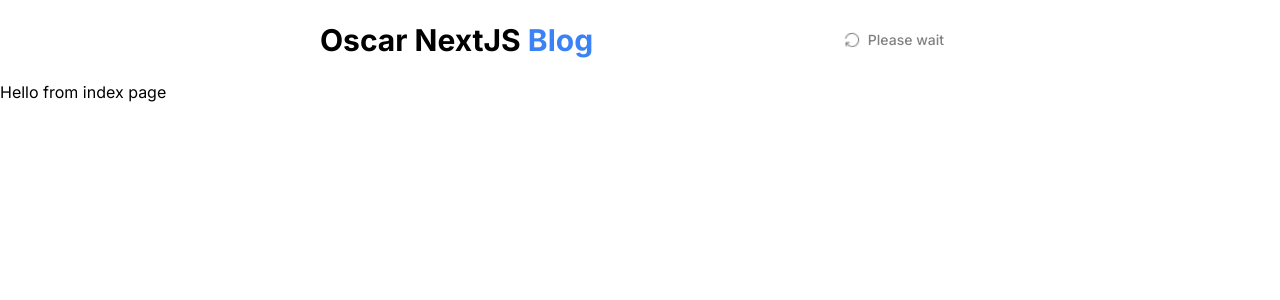
Repository: OscarXS/nextjs14-blog-1
Page: /
These files come from the project's save history. The page is drawn as it stood at one moment and after the next save; the edit follows.
The browser window is 1280 px wide. The pictures show the whole page.
The project was rebuilt for these pictures with package versions that can differ from the ones it lists, and the page was loaded fresh each time. The framework's server and built-in components were replaced by stand-ins that run in the browser. Also part of the build but not shown: next.config.js, next.config.mjs.

Above is the page before, as saved 2024-02-08 15:35:39.

### app/page.tsx
import Image from "next/image";
import Navbar from "./components/Navbar";

export default function Home() {
  return (
    <div>
      <Navbar />
      <h1>Hello from index page</h1>
    </div>
  );
}

### app/components/Navbar.tsx
import Link from 'next/link'
import { Button } from "@/components/ui/button"
import { ReloadIcon } from "@radix-ui/react-icons"


const Navbar = () => {
  return (
    <nav className='w-full mx-auto max-w-2xl px-4 py-5 relative flex items-center justify-between'>
        <Link href='/' className='font-bold text-3xl'>
            Oscar NextJS <span className='text-blue-500'>Blog</span>
        </Link>
        <Button disabled>
      <ReloadIcon className="mr-2 h-4 w-4 animate-spin" />
      Please wait
    </Button>
    </nav>
  )
}

export default Navbar

### components/ui/button.tsx
import * as React from "react"
import { Slot } from "@radix-ui/react-slot"
import { cva, type VariantProps } from "class-variance-authority"

import { cn } from "@/lib/utils"

const buttonVariants = cva(
  "inline-flex items-center justify-center whitespace-nowrap rounded-md text-sm font-medium ring-offset-background transition-colors focus-visible:outline-none focus-visible:ring-2 focus-visible:ring-ring focus-visible:ring-offset-2 disabled:pointer-events-none disabled:opacity-50",
  {
    variants: {
      variant: {
        default: "bg-primary text-primary-foreground hover:bg-primary/90",
        destructive:
          "bg-destructive text-destructive-foreground hover:bg-destructive/90",
        outline:
          "border border-input bg-background hover:bg-accent hover:text-accent-foreground",
        secondary:
          "bg-secondary text-secondary-foreground hover:bg-secondary/80",
        ghost: "hover:bg-accent hover:text-accent-foreground",
        link: "text-primary underline-offset-4 hover:underline",
      },
      size: {
        default: "h-10 px-4 py-2",
        sm: "h-9 rounded-md px-3",
        lg: "h-11 rounded-md px-8",
        icon: "h-10 w-10",
      },
    },
    defaultVariants: {
      variant: "default",
      size: "default",
    },
  }
)

export interface ButtonProps
  extends React.ButtonHTMLAttributes<HTMLButtonElement>,
    VariantProps<typeof buttonVariants> {
  asChild?: boolean
}

const Button = React.forwardRef<HTMLButtonElement, ButtonProps>(
  ({ className, variant, size, asChild = false, ...props }, ref) => {
    const Comp = asChild ? Slot : "button"
    return (
      <Comp
        className={cn(buttonVariants({ variant, size, className }))}
        ref={ref}
        {...props}
      />
    )
  }
)
Button.displayName = "Button"

export { Button, buttonVariants }

Loaded but not shown: app/layout.tsx (common file); app/globals.css (common file); lib/utils.ts (common file); tailwind.config.js (common file)

After the next save:
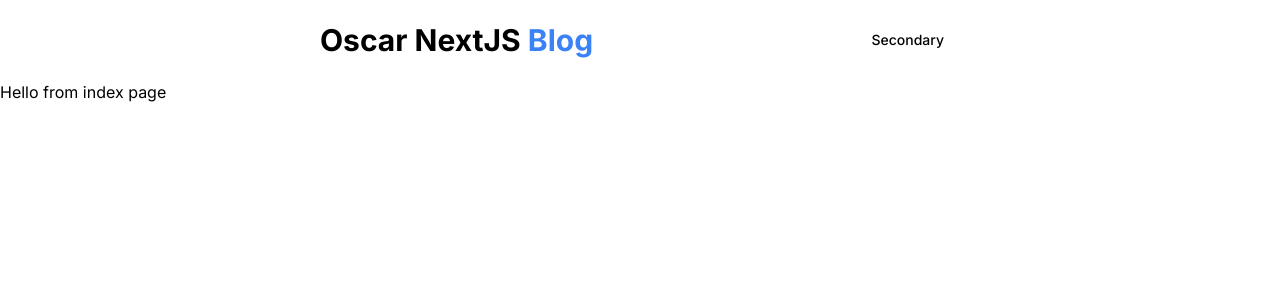
Saved 25 s later.
--- a/app/components/Navbar.tsx
+++ b/app/components/Navbar.tsx
@@ -1,6 +1,5 @@
 import Link from 'next/link'
 import { Button } from "@/components/ui/button"
-import { ReloadIcon } from "@radix-ui/react-icons"
 
 
 const Navbar = () => {
@@ -9,10 +8,7 @@
         <Link href='/' className='font-bold text-3xl'>
             Oscar NextJS <span className='text-blue-500'>Blog</span>
         </Link>
-        <Button disabled>
-      <ReloadIcon className="mr-2 h-4 w-4 animate-spin" />
-      Please wait
-    </Button>
+        <Button variant="secondary">Secondary</Button>
     </nav>
   )
 }
